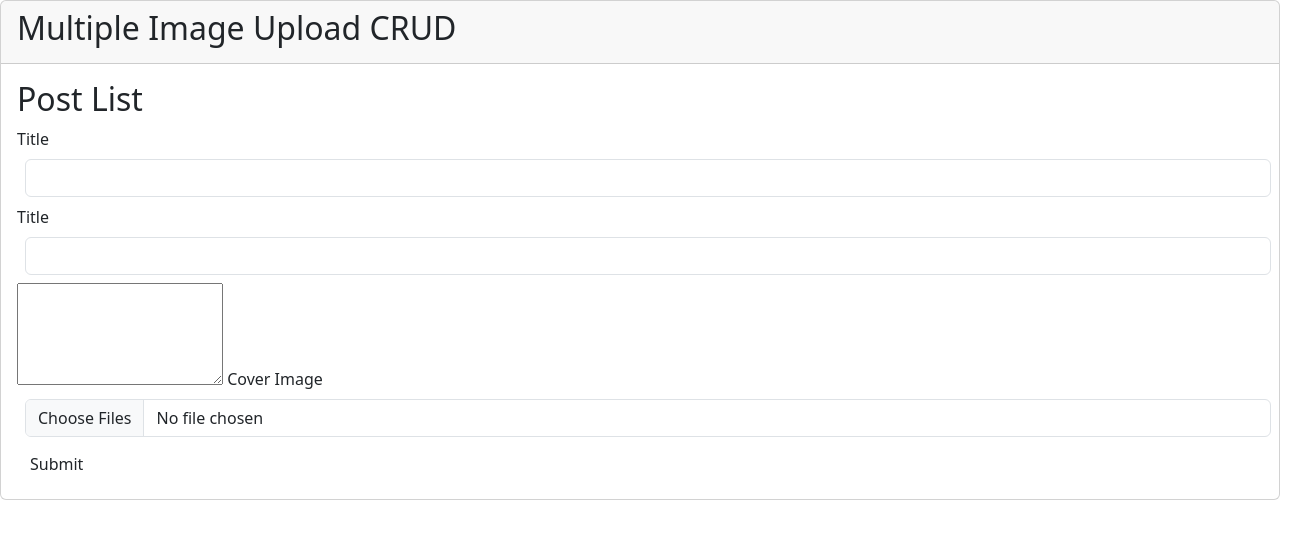
Repository: rkrukshan/Multiple-Image-Upload
Page: http://localhost/create
An editor plug-in stored every save of this project. The page is shown before and after the next save, followed by the edit.
The browser window is 1280 px wide. The page is 1292 px wide, so the pictures cover 1292 px, including what lies to the right of the window. The pictures show the whole page.
The page is served by the project's Laravel application, run on PHP 8.4 with Laravel 10.

Above is the page before, as saved 2023-11-06 14:43:12.

After the next save:
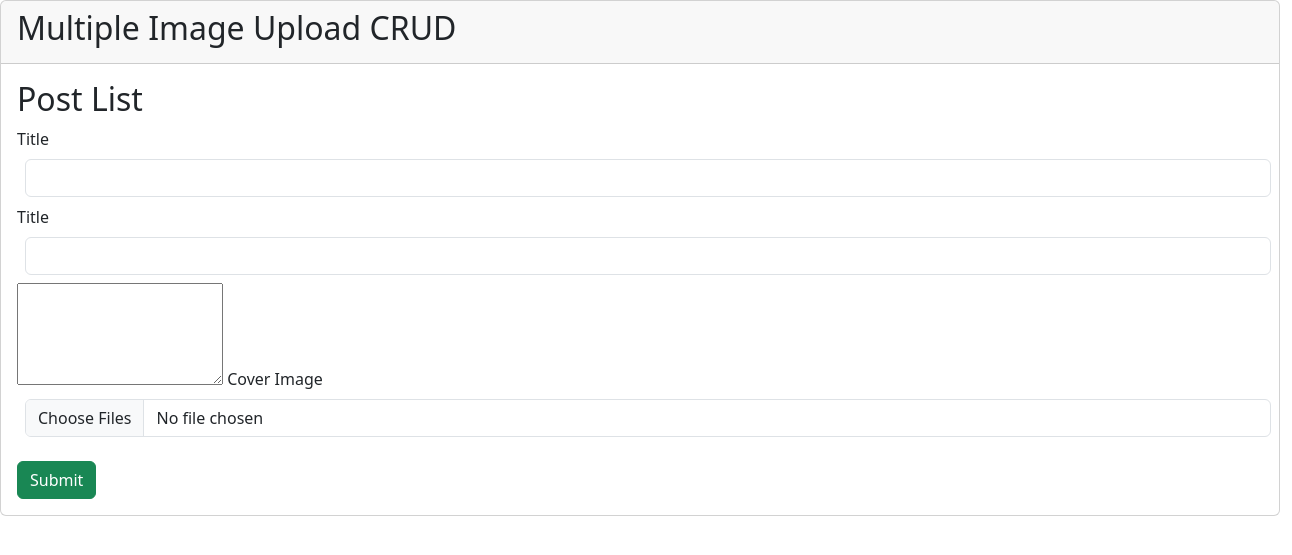
Saved 71 s later.
--- a/resources/views/album/create.blade.php
+++ b/resources/views/album/create.blade.php
@@ -24,7 +24,7 @@
                     <textarea name="body" id="body" cols="20" rows="4"></textarea>
                     <label for="m-2">Cover Image</label>
                     <input type="file" id="input-file-now-custom-3" class="form-control m-2" name="images[]" multiple>
-                    <button type="submit" class="btn btn-successmt-3">Submit</button>
+                    <button type="submit" class="btn btn-success mt-3">Submit</button>
                 </form>
                 </div>
             </div>
